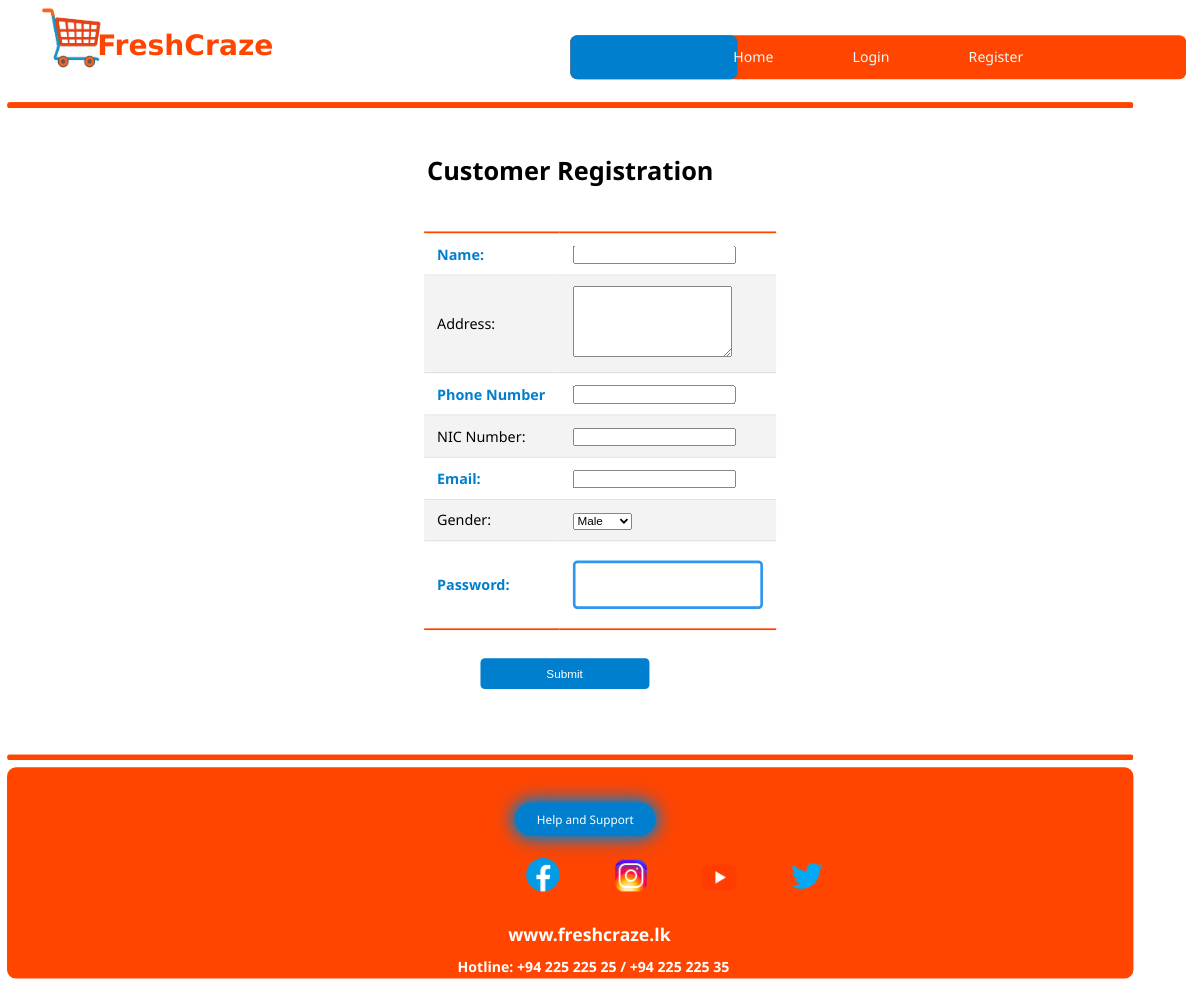
Repository: chamarac2002/FreshCraze
Page: http://localhost/CustomerDemo/customerinsert.jsp
The author's editor kept a copy of each file at every save. The page is drawn from the files as they stood at one save, then again after the next save.
The browser window is 1280 px wide. The page is 1348 px wide, so the pictures cover 1348 px, including what lies to the right of the window. The pictures show the whole page, at 88% of full size.
The page is served by Tomcat 9. Nobody is signed in. The application's start-up code is not run.

Above is the page before, as saved 2024-05-11 08:18:06.

After the next save:
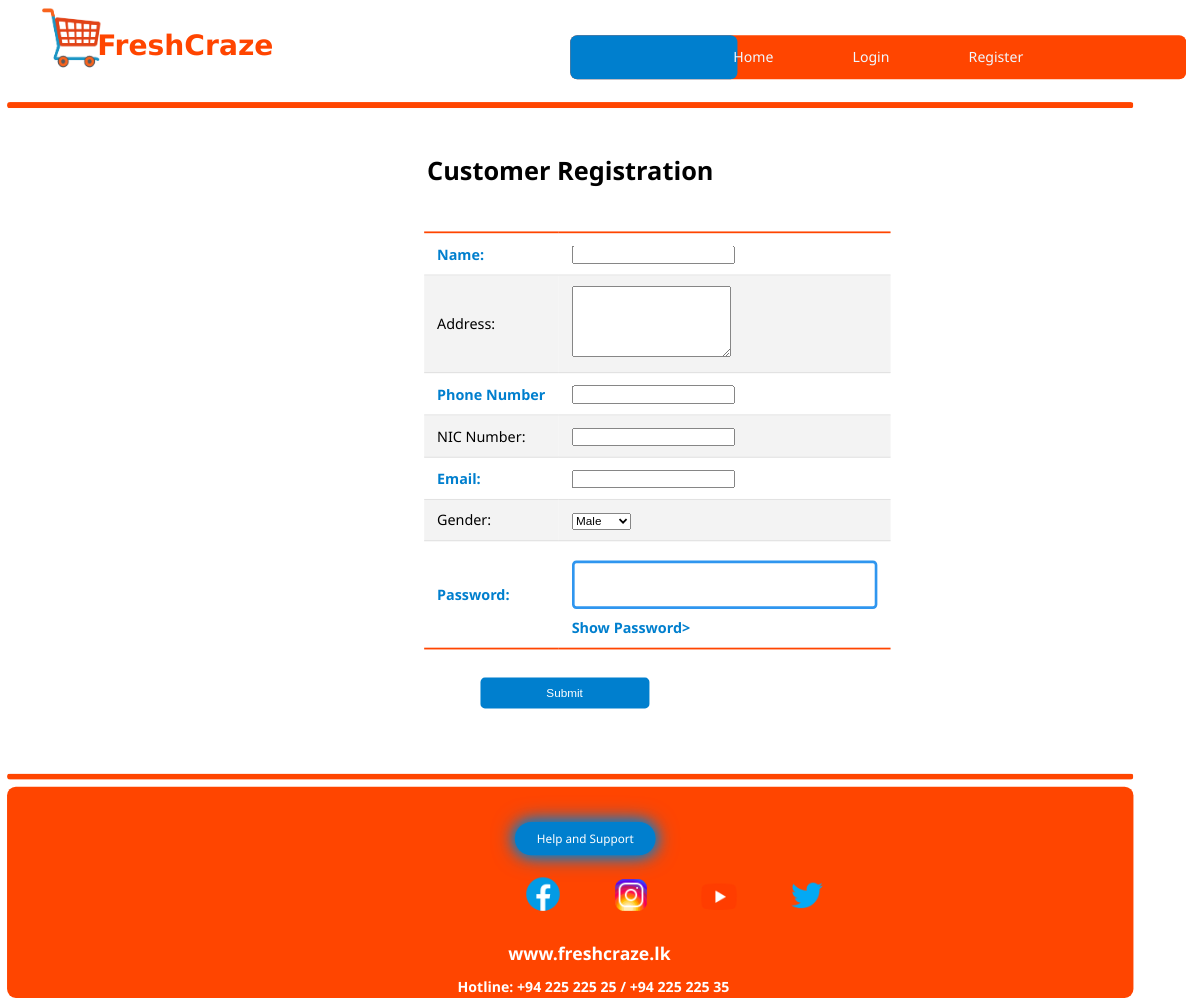
Saved 2 min 5 s later.
--- a/CustomerDemo/src/main/webapp/customerinsert.jsp
+++ b/CustomerDemo/src/main/webapp/customerinsert.jsp
@@ -62,7 +62,7 @@
 		</tr>
 		<tr class="active-row">
 			<td>Password:</td>
-			<td><input type="password" name="pass" class="input-2"></td>
+			<td><input type="password" name="pass" onclick="myFunction()">Show Password></td>
 		</tr>
 
     </tbody>
